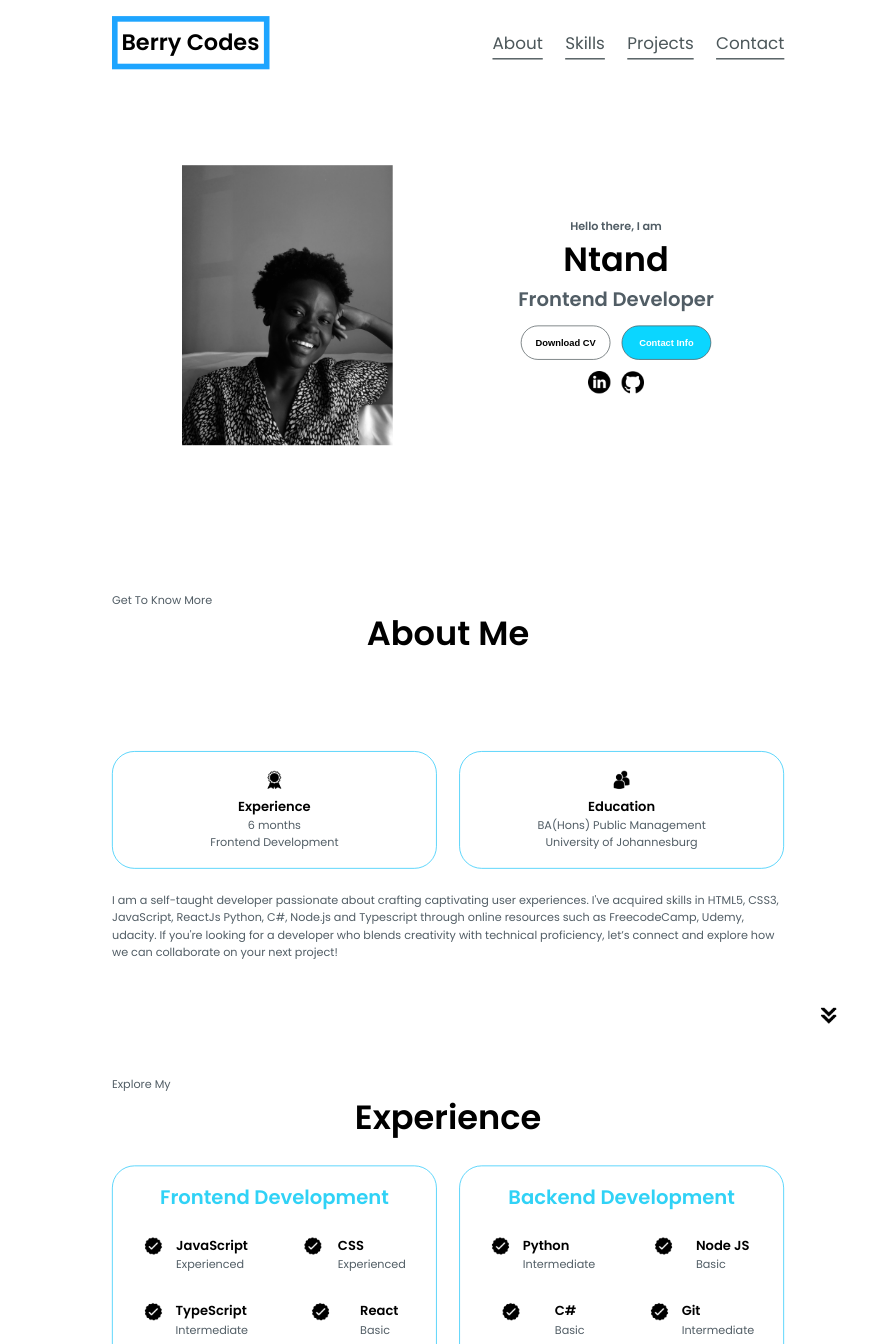
Repository: ntandomagana/FS-Dev-Portfolio
Page: index.html
These files come from the project's save history. The page is drawn as it stood at one moment and after the next save; the edit follows.
The browser window is 1280 px wide. The pictures show the part of the page from y = 0 to 1920 px (the page is 3177 px tall), at 70% of full size.

Above is the page before, as saved 2024-05-06 15:19:02.

After the next save:
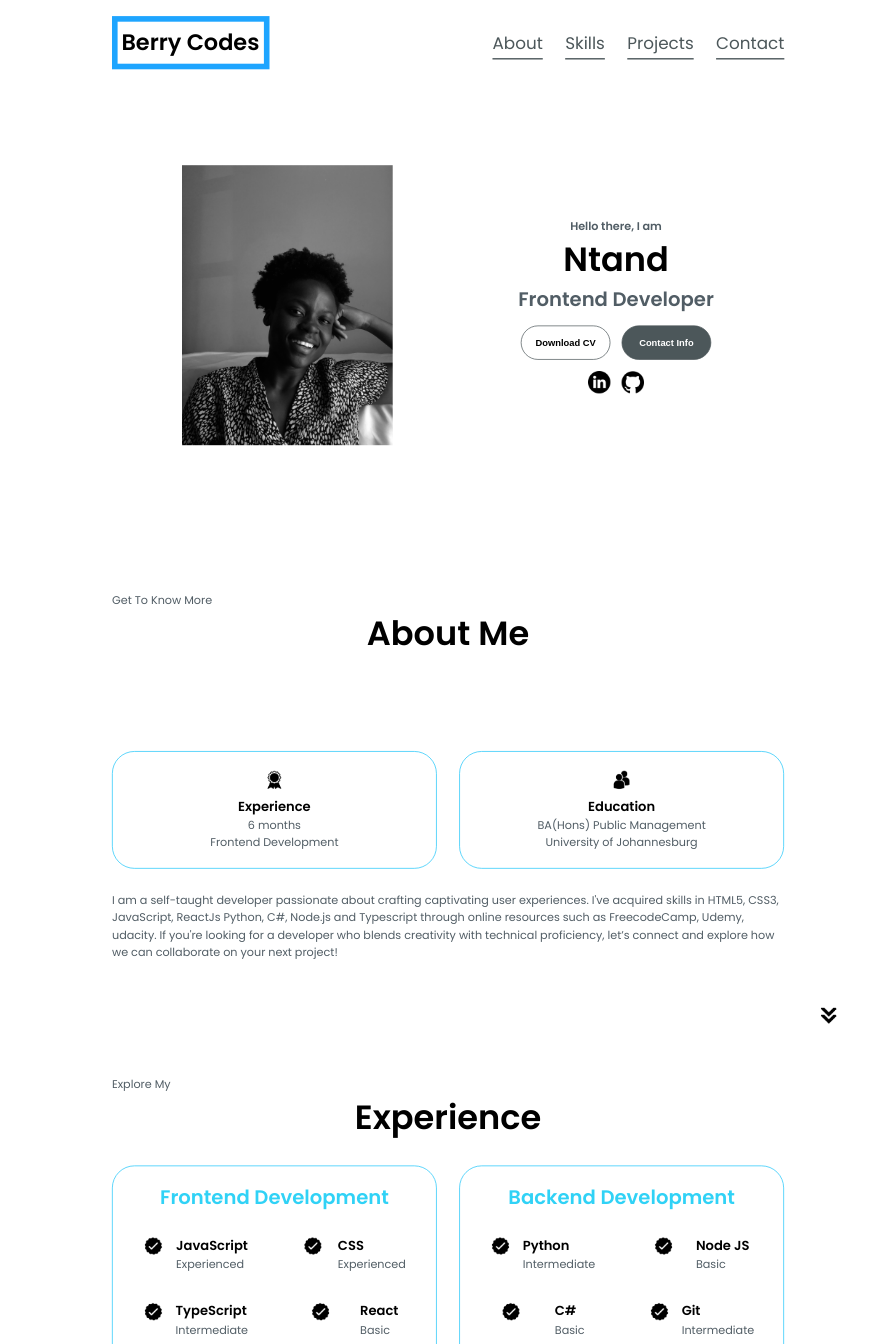
Saved 4 s later.
--- a/style.css
+++ b/style.css
@@ -227,7 +227,7 @@ section {
 
 .btn-color-1,
 .btn-color-2:hover {
-  background: rgb(11, 214, 255);
+  background: rgb(76, 87, 90);
   color: white;
 }
 
